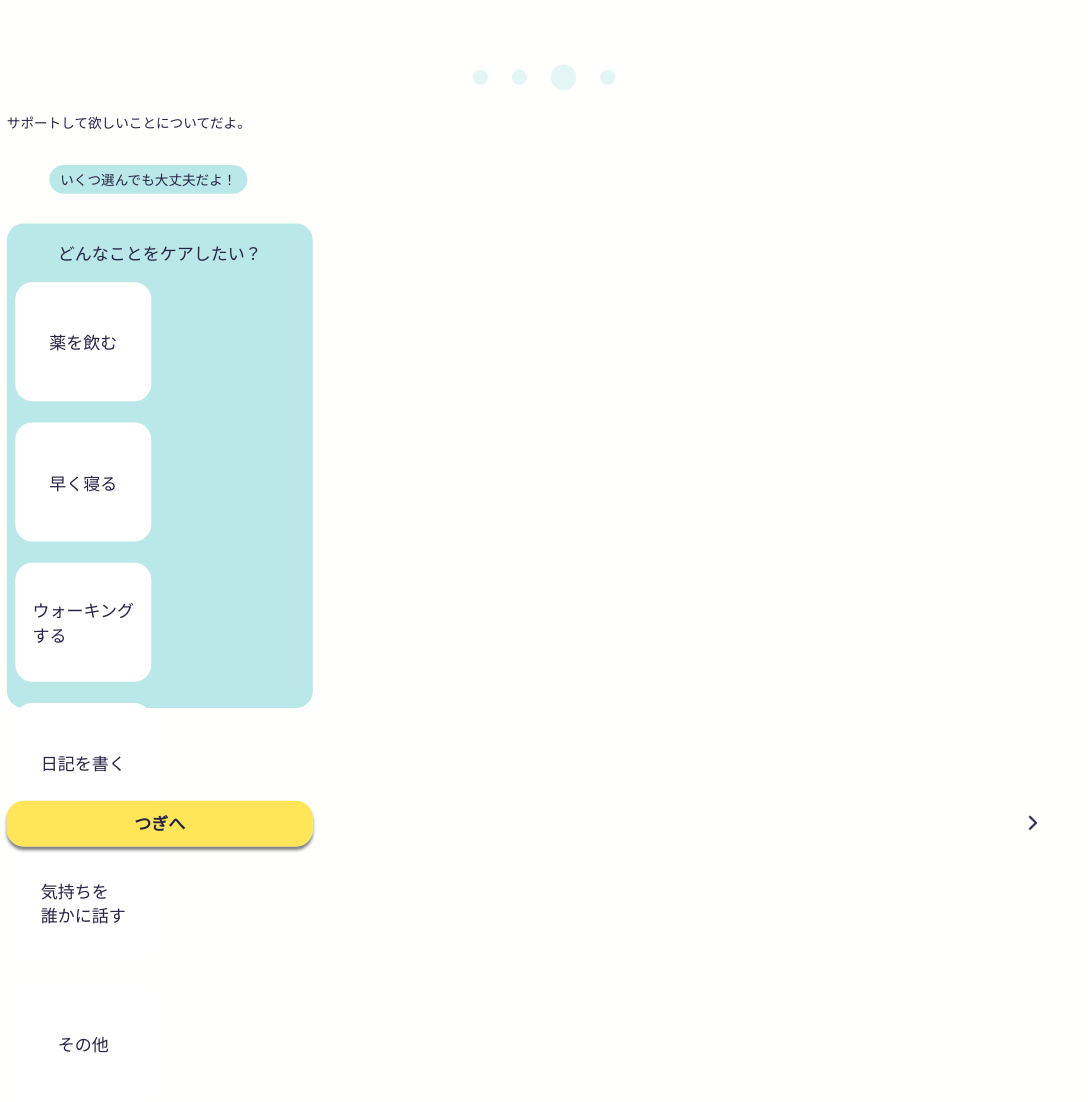
Repository: misaki0919/Self-care
Page: support.html
The author's editor kept a copy of each file at every save. The page is drawn from the files as they stood at one save, then again after the next save.
The browser window is 1280 px wide. The pictures show the whole page, at 85% of full size.
Some web fonts or font styles are not loaded; a fallback is used.

Above is the page before, as saved 2026-07-19 11:34:49.

### support.html
<!DOCTYPE html>
<html lang="jp">
<head>
    <meta charset="UTF-8">
    <meta name="viewport" content="width=device-width, initial-scale=1.0">
    <title>サポートページ</title>
    <link href="css/support.css" rel="stylesheet">
    <link rel="preconnect" href="https://fonts.googleapis.com">
    <link rel="preconnect" href="https://fonts.gstatic.com" crossorigin>
    <link href="https://fonts.googleapis.com/css2?family=Archivo+Black&family=Noto+Serif+JP:wght@200..900&family=Zen+Maru+Gothic&display=swap" rel="stylesheet">
</head>
<body>
    <div class="circle_wrap">
        <div class="circle"></div>
        <div class="circle"></div>
        <div class="diffrent_circle"></div>
        <div class="circle"></div>
    </div>
    <p class="support">サポートして欲しいことについてだよ。</p>
    <p class="choose">いくつ選んでも大丈夫だよ！</p>
    <div class="wrap">
        <p class="care">どんなことをケアしたい？</p>
        <ul>
            <li>薬を飲む</li>
            <li>早く寝る</li>
            <li>ウォーキング<br>する</li>
            <li>日記を書く</li>
            <li>気持ちを<br>誰かに話す</li>
            <li>その他</li>
        </ul>
    </div>
    <div class="images-wrap">
        <a href="support.html" class="next zen-maru-gothic-regular">つぎへ</a>
        <img class="images" src="images/next.png" alt="画像">
    </div>

</body>
</html>

### css/support.css
body{
    background-color: #FFFFFE;
    color: #272343;
    /* padding-left: 24px;
    padding-right: 24px; */
}
.zen-maru-gothic-regular {
    font-family: "Zen Maru Gothic", sans-serif;
    font-weight: 600;
    font-style: normal;
}
.circle_wrap{
    display: flex;
    justify-content: center;
    margin-top: 76px;
    gap: 28px;
    align-items: center;
    .diffrent_circle{
        width: 30px;
        height: 30px;
        background-color: #E3F6F5;
        border-radius: 50%;

    }
    .circle{
        width: 18px;
        height: 18px;
        background-color: #E3F6F5;
        border-radius: 50%;
        text-align: center;

    }
}
.support{
    font-size: 16px;
    margin: 26px 38px 0 0;
}
.choose{
    font-size: 16px;
    background-color: #BAE8E8;
    border-radius: 20px;
    width: 233px;
    height: 34px;
    display: flex;
    justify-content: center;
    align-items: center;
    margin-left: 50px;
    margin-bottom: 35px;
    margin-top: 38px;
}
.wrap{
    background-color: #BAE8E8;
    height: 570px;
    width: 340px;
    border-radius: 20px;
    margin-bottom: 120px;
    padding-left: 10px;
    padding-right: 10px;
    .care{
        font-size: 20px;
        text-align: center;
        padding-top: 20px;
    }
    ul{
        display: flex;
        justify-content: space-between;
        flex-wrap: wrap;
        padding:0;
        gap: 25px;


        li{
            background-color: #FFFFFF;
            display: flex;
            justify-content: center;
            border-radius: 20px;
            list-style: none;
            height: 140px;
            width: 160px;
            align-items: center;
            font-size: 20px;


        }
    }
}




.next{
    font-size: 20px;
    background-color: #FFE558;
    border-radius: 20px;
    padding: 16px 150px;
    text-align: center;
    text-decoration: none;
    color: #272343;
    box-shadow: #7b7b7b 0px 4px 4px 0px;
}
images-wrap{
    position: relative;
}
.images{
    width: 30px;
    position: absolute;
    right: 20px;
    /* background-color: tomato; */
    margin-right: 30px;
}

After the next save:
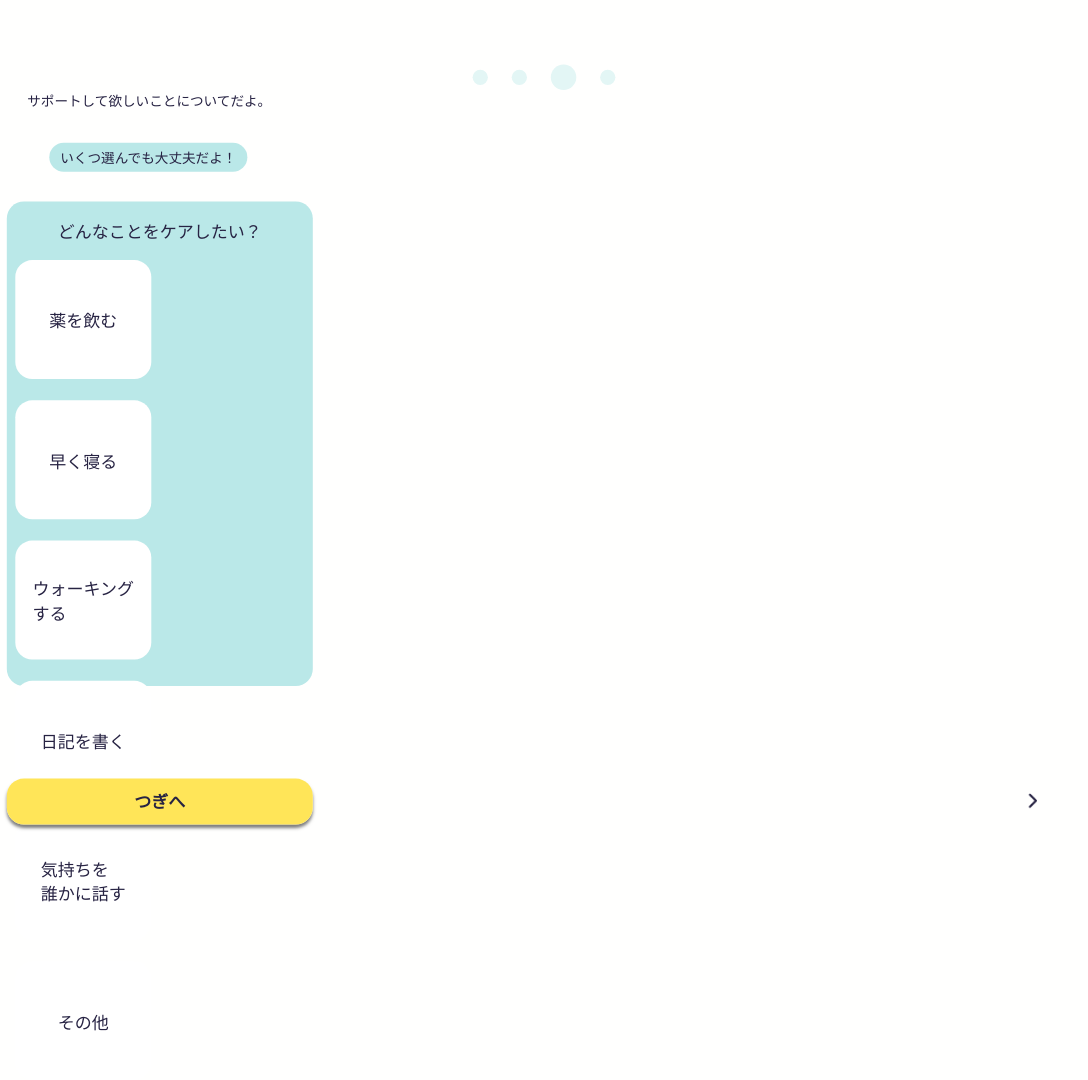
Saved 47 s later.
--- a/css/support.css
+++ b/css/support.css
@@ -34,6 +34,7 @@
 .support{
     font-size: 16px;
     margin: 26px 38px 0 0;
+    margin: 0 24px;
 }
 .choose{
     font-size: 16px;

After the 2 saves that followed:
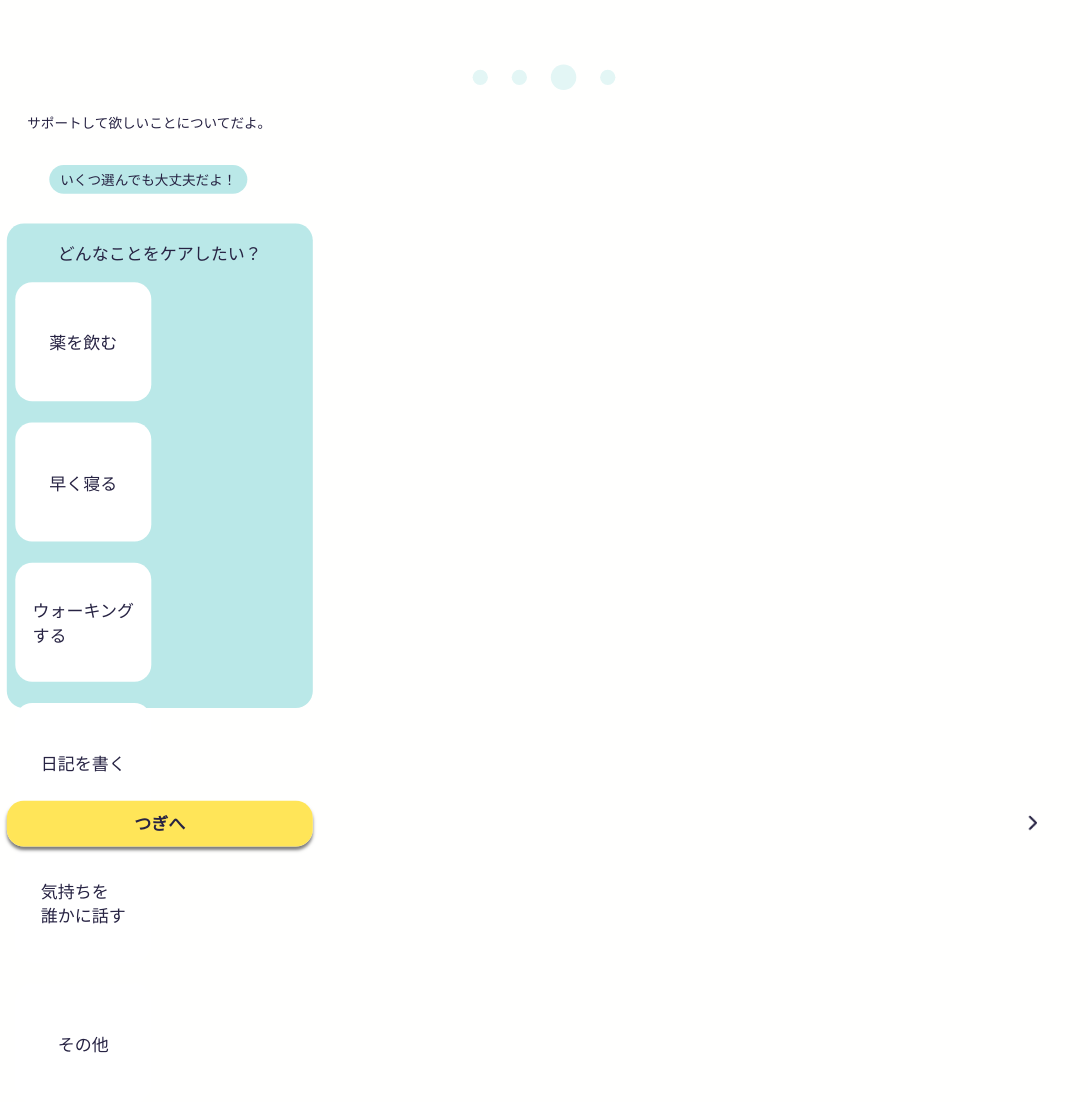
The 2 saves are shown as one change because 1 left the picture as it was.
The last was saved 28 s later.
--- a/css/support.css
+++ b/css/support.css
@@ -34,7 +34,7 @@
 .support{
     font-size: 16px;
     margin: 26px 38px 0 0;
-    margin: 0 24px;
+    margin-left: 24px;
 }
 .choose{
     font-size: 16px;
